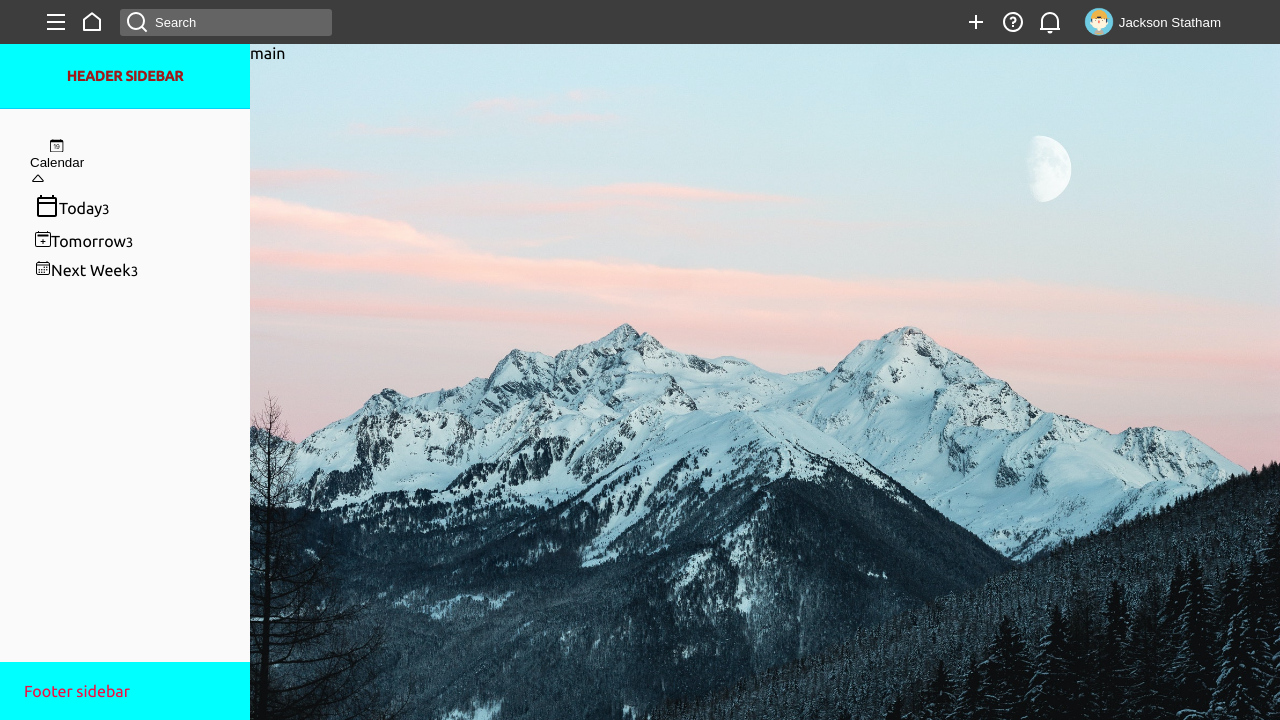
Repository: huuthe1999/to-do-list
Page: /
The author's editor kept a copy of each file at every save. The page is drawn from the files as they stood at one save, then again after the next save.
The browser window is 1280 px wide. The pictures show the whole page.
The project was rebuilt for these pictures with package versions that can differ from the ones it lists, and the page was loaded fresh each time. Also part of the build but not shown: src/components/form/addForm/addForm.scss, src/components/form/addForm/AddForm.js, src/components/modal/modal.scss, src/components/modal/Modal.js.

Above is the page before, as saved 2022-02-17 14:27:07.

### public/index.html
<!DOCTYPE html>
<html lang="en">
	<head>
		<meta charset="utf-8" />
		<link rel="icon" href="%PUBLIC_URL%/favicon.ico" />
		<meta name="viewport" content="width=device-width, initial-scale=1" />
		<meta name="theme-color" content="#000000" />
		<meta
			name="description"
			content="Web site created using create-react-app"
		/>
		<link rel="apple-touch-icon" href="%PUBLIC_URL%/logo192.png" />
		<!--
      manifest.json provides metadata used when your web app is installed on a
      user's mobile device or desktop. See https://developers.google.com/web/fundamentals/web-app-manifest/
    -->
		<link rel="manifest" href="%PUBLIC_URL%/manifest.json" />
		<!--
      Notice the use of %PUBLIC_URL% in the tags above.
      It will be replaced with the URL of the `public` folder during the build.
      Only files inside the `public` folder can be referenced from the HTML.

      Unlike "/favicon.ico" or "favicon.ico", "%PUBLIC_URL%/favicon.ico" will
      work correctly both with client-side routing and a non-root public URL.
      Learn how to configure a non-root public URL by running `npm run build`.
    -->
		<title>React Redux App</title>
	</head>
	<body>
		<noscript>You need to enable JavaScript to run this app.</noscript>
		<div id="modal"></div>
		<div id="root"></div>
		<!--
      This HTML file is a template.
      If you open it directly in the browser, you will see an empty page.

      You can add webfonts, meta tags, or analytics to this file.
      The build step will place the bundled scripts into the <body> tag.

      To begin the development, run `npm start` or `yarn start`.
      To create a production bundle, use `npm run build` or `yarn build`.
    --></body>
</html>

### src/index.js
import React from 'react';
import ReactDOM from 'react-dom';
import { Provider } from 'react-redux';
import App from './App';
import { store } from './app/store';

ReactDOM.render(
	<React.StrictMode>
		<Provider store={store}>
			<App />
		</Provider>
	</React.StrictMode>,
	document.getElementById('root'),
);

### src/App.js
import React from 'react';
// import { Counter } from './features/counter/Counter';
import './App.scss';
import Main from './components/main/Main';
import SideBar from './components/sideBar/SideBar';
import TopBar from './components/topBar/TopBar';
function App() {
	return (
		<div className='app'>
			<TopBar />
			<div className='container'>
				<SideBar />
				<Main />
			</div>
		</div>
	);
}

export default App;

### src/App.scss
@import url('https://fonts.googleapis.com/css2?family=Ubuntu:wght@300;400;500&display=swap');
*,
*::before,
*::after {
	margin: 0;
	padding: 0;
	box-sizing: border-box;
}

:root {
	--icon-color: #fff;
	--icon-size: 40px;

	--bg: rgb(53, 42, 42);
	--bg-input: hsla(0, 0%, 100%, 0.2);
	// Header
	--hd-text-color: #ffffff;
	--hd-icon-color-hover: #202020;
}

.app {
	font-family: 'Ubuntu', sans-serif;
	font-size: 16px;
	width: 100vw;
	height: 100vh;
	background-color: var(--bg);
	overflow: hidden;
}

.container {
	display: flex;
	height: calc(100% - 44px);
}

button {
	border: none;
	outline: none;
	cursor: pointer;
	background-color: transparent;
}

a {
	text-decoration: none;
}

ul {
	list-style-type: none;
}

### src/components/main/Main.js
import './main.scss';

const Main = () => {
	return <div className='main'>main</div>;
};

export default Main;

### src/components/sideBar/SideBar.js
import Calendar from '../calendar/Calendar';
import './sideBar.scss';

const SideBar = () => {
	return (
		<div className='sidebar'>
			<div className='sidebar__inner'>
				<div className='sidebar__layout'>
					<div className='sidebar__layout-header'>
						<p>Header sidebar</p>
					</div>
					<div className='sidebar__layout-content'>
						<Calendar />
					</div>
					<div className='sidebar__layout-footer'>Footer sidebar</div>
				</div>
			</div>
		</div>
	);
};

export default SideBar;

### src/components/topBar/TopBar.js
import { useState } from 'react';
import {
	RiAddLine,
	RiHomeLine,
	RiMenuLine,
	RiNotification2Line,
	RiQuestionLine,
	RiSearchLine,
} from 'react-icons/ri';
import Avatar from '../../assets/images/avatar.png';
import AddForm from '../form/addForm/AddForm';
import Modal from '../modal/Modal';
import './topbar.scss';
const TopBar = () => {
	const [modal, setShowModal] = useState(false);
	return (
		<header className='topbar'>
			<div className='topbar__inner'>
				<div className='topbar__inner-leftControl'>
					<button className='topbar__button leftControl'>
						<RiMenuLine className='topbar__button-icon' />
					</button>

					<button className='topbar__button leftControl'>
						<RiHomeLine className='topbar__button-icon' />
					</button>
					<div className='topbar__inner-leftControl-search'>
						<RiSearchLine className='topbar__button-icon topbar__button-icon-search' />
						<input type='text' placeholder='Search' />
					</div>
				</div>
				<div className='topbar__inner-rightControl'>
					<Modal showModal={modal} setShowModal={setShowModal}>
						<AddForm setShowModal={setShowModal} />
					</Modal>
					<button className='topbar__button rightControl'>
						<RiAddLine
							className='topbar__button-icon'
							onClick={() => setShowModal(true)}
						/>
					</button>
					<button className='topbar__button rightControl'>
						<RiQuestionLine className='topbar__button-icon' />
					</button>
					<button className='topbar__button rightControl'>
						<RiNotification2Line className='topbar__button-icon' />
					</button>
					<button className='topbar__button info'>
						<img src={Avatar} alt='avatar' />
						<p>Jackson Statham</p>
					</button>
				</div>
			</div>
		</header>
	);
};

export default TopBar;

### src/features/counter/counterSlice.js
import { createAsyncThunk, createSlice } from '@reduxjs/toolkit';
import { fetchCount } from './counterAPI';

const initialState = {
  value: 0,
  status: 'idle',
};

// The function below is called a thunk and allows us to perform async logic. It
// can be dispatched like a regular action: `dispatch(incrementAsync(10))`. This
// will call the thunk with the `dispatch` function as the first argument. Async
// code can then be executed and other actions can be dispatched. Thunks are
// typically used to make async requests.
export const incrementAsync = createAsyncThunk(
  'counter/fetchCount',
  async (amount) => {
    const response = await fetchCount(amount);
    // The value we return becomes the `fulfilled` action payload
    return response.data;
  }
);

export const counterSlice = createSlice({
  name: 'counter',
  initialState,
  // The `reducers` field lets us define reducers and generate associated actions
  reducers: {
    increment: (state) => {
      // Redux Toolkit allows us to write "mutating" logic in reducers. It
      // doesn't actually mutate the state because it uses the Immer library,
      // which detects changes to a "draft state" and produces a brand new
      // immutable state based off those changes
      state.value += 1;
    },
    decrement: (state) => {
      state.value -= 1;
    },
    // Use the PayloadAction type to declare the contents of `action.payload`
    incrementByAmount: (state, action) => {
      state.value += action.payload;
    },
  },
  // The `extraReducers` field lets the slice handle actions defined elsewhere,
  // including actions generated by createAsyncThunk or in other slices.
  extraReducers: (builder) => {
    builder
      .addCase(incrementAsync.pending, (state) => {
        state.status = 'loading';
      })
      .addCase(incrementAsync.fulfilled, (state, action) => {
        state.status = 'idle';
        state.value += action.payload;
      });
  },
});

export const { increment, decrement, incrementByAmount } = counterSlice.actions;

// The function below is called a selector and allows us to select a value from
// the state. Selectors can also be defined inline where they're used instead of
// in the slice file. For example: `useSelector((state: RootState) => state.counter.value)`
export const selectCount = (state) => state.counter.value;

// We can also write thunks by hand, which may contain both sync and async logic.
// Here's an example of conditionally dispatching actions based on current state.
export const incrementIfOdd = (amount) => (dispatch, getState) => {
  const currentValue = selectCount(getState());
  if (currentValue % 2 === 1) {
    dispatch(incrementByAmount(amount));
  }
};

export default counterSlice.reducer;

### src/components/main/main.scss
.main {
	width: 100%;
	height: 100%;
	background-image: url(../../assets/images/bg_main.jpg);
	background-repeat: no-repeat;
	background-size: cover;
	overflow-y: auto;
}

### src/components/calendar/Calendar.js
import React from 'react';
import { BsCalendar2Plus, BsCalendarDate, BsCaretUp } from 'react-icons/bs';
import { IoCalendarOutline } from 'react-icons/io5';
import { MdOutlineCalendarToday } from 'react-icons/md';
import CalendarItem from './calendarItem/CalendarItem';
const calendarList = [
	{ id: 1, name: 'Today', icon: <MdOutlineCalendarToday size='24px' /> },
	{ id: 2, name: 'Tomorrow', icon: <BsCalendar2Plus /> },
	{ id: 3, name: 'Next Week', icon: <IoCalendarOutline /> },
];
const Calendar = () => {
	return (
		<div className='calendar'>
			<div className='calendar__header'>
				<button className='calendar__header--title'>
					<BsCalendarDate />
					<p>Calendar</p>
				</button>
				<div className='calendar__header--expand'>
					<span>
						<BsCaretUp />
					</span>
				</div>
			</div>
			<div className='calendar__content'>
				<div className='calendar__content--wrapper'>
					<div className='calendar__content--wrapper--inner'>
						<ul className='calendar__content--list'>
							{calendarList.map(({ id, name, icon }) => (
								<CalendarItem
									key={id}
									name={name}
									icon={icon}
								/>
							))}
						</ul>
					</div>
				</div>
			</div>
		</div>
	);
};

export default Calendar;

### src/components/sideBar/sideBar.scss
.sidebar {
	position: relative;
	z-index: 109;
	height: 100%;
	background-color: aqua;
	min-width: 250px;
	width: 300px;
	transition: all 0.3s cubic-bezier(0.4, 0, 0.2, 1);

	&__inner {
		height: 100%;
		position: relative;
		z-index: 101;
	}

	&__layout {
		height: 100%;
		overflow-y: auto;
		overflow-x: hidden;
		display: flex;
		flex-direction: column;
		position: relative;
		z-index: 101;

		&-header {
			border-bottom: 1px solid rgba(8, 41, 228, 0.2);

			p {
				text-align: center;
				color: rgb(160, 25, 25);
				padding: 24px;
				font-weight: bold;
				font-size: 14px;
				text-transform: uppercase;
			}
		}

		&-content {
			flex-grow: 1;
			padding: 30px 10px 30px 30px;
			background-color: #fafafa;
		}

		&-footer {
			padding: 20px 24px;
			color: rgb(245, 12, 62);
		}
	}
}

### src/components/topBar/topbar.scss
.topbar {
	display: flex;
	justify-content: center;
	align-items: center;
	background-color: #3d3d3d;
	flex-shrink: 0;
	padding: 0px 42px;
	font-size: 13px;
	color: #202020;
	height: 44px;

	&__inner {
		display: flex;
		justify-content: space-between;
		background-color: transparent;
		width: 100%;
		height: 100%;

		&-leftControl {
			display: flex;
			align-items: center;
			justify-content: flex-start;

			&-search {
				display: flex;
				align-items: center;
				position: relative;
				margin-left: 6px;

				&:hover {
					input {
						background-color: var(--hd-text-color);
						&::placeholder {
							color: var(--hd-icon-color-hover);
						}
					}
					* {
						color: var(--hd-icon-color-hover);
					}
				}

				input {
					font-size: 13px;
					color: var(--hd-text-color);
					background-color: var(--bg-input);
					outline: 0;
					border-radius: 3px;
					border: 1px solid transparent;
					padding: 5px 0 5px 34px;
					transition: all 0.15s cubic-bezier(0.4, 0, 0.2, 0.1);
					transition-property: background-color;

					&::placeholder {
						color: var(--hd-text-color);
					}
				}
			}
		}

		&-rightControl {
			display: flex;
			align-items: center;
			height: 44px;
			padding: 0px 12px;

			img {
				width: 100%;
				height: 100%;
			}
		}
	}

	&__button {
		display: flex;
		justify-content: center;
		align-items: center;
		border-radius: 3px;

		&:hover {
			background-color: var(--bg-input);
		}

		&.leftControl {
			height: 28px;
			min-width: 28px;
			margin-right: 8px;
		}

		&.rightControl {
			height: 32px;
			min-width: 32px;
			margin-left: 5px;
		}

		&.info {
			height: 100%;
			color: var(--hd-text-color);
			margin-left: 8px;
			padding: 0px 5px;
			img {
				width: 40px;
				height: 40px;
			}
		}
		&-icon {
			font-size: 24px;
			color: var(--icon-color);

			&-search {
				position: absolute;
				left: 5px;
				top: 50%;
				transform: translateY(-50%);
				color: var(--icon-color);
			}
		}
	}
}

### src/components/calendar/calendarItem/CalendarItem.js
import './calendarItem.scss';
const CalendarItem = ({ name, icon }) => {
	return (
		<li className='calendar__content--item'>
			<span className='calendar__content--item-icon'>{icon}</span>
			<span className='calendar__content--item-content'>
				{name}
				<small>3</small>
			</span>
		</li>
	);
};

export default CalendarItem;

### src/components/calendar/calendarItem/calendarItem.scss
.calendar__content--item {
	border-radius: 5px;
	display: flex;
	align-items: center;
	padding: 5px 16px 5px 5px;
	cursor: pointer;
	background-color: transparent;

	&:hover {
		background: #ececec;
	}
}

### src/components/calendar/calendar.scss
.calendar {
	width: 100%;

	&__header {
		background-color: #0080ff;
		margin-left: -30px;
		margin-right: -10px;
	}
	&__content {
		height: auto;

		&--wrapper {
			display: flex;

			&--inner {
				width: 100%;
			}
		}
	}
}

Loaded but not shown: src/app/store.js (common file); src/features/counter/counterAPI.js (common file)

After the next save:
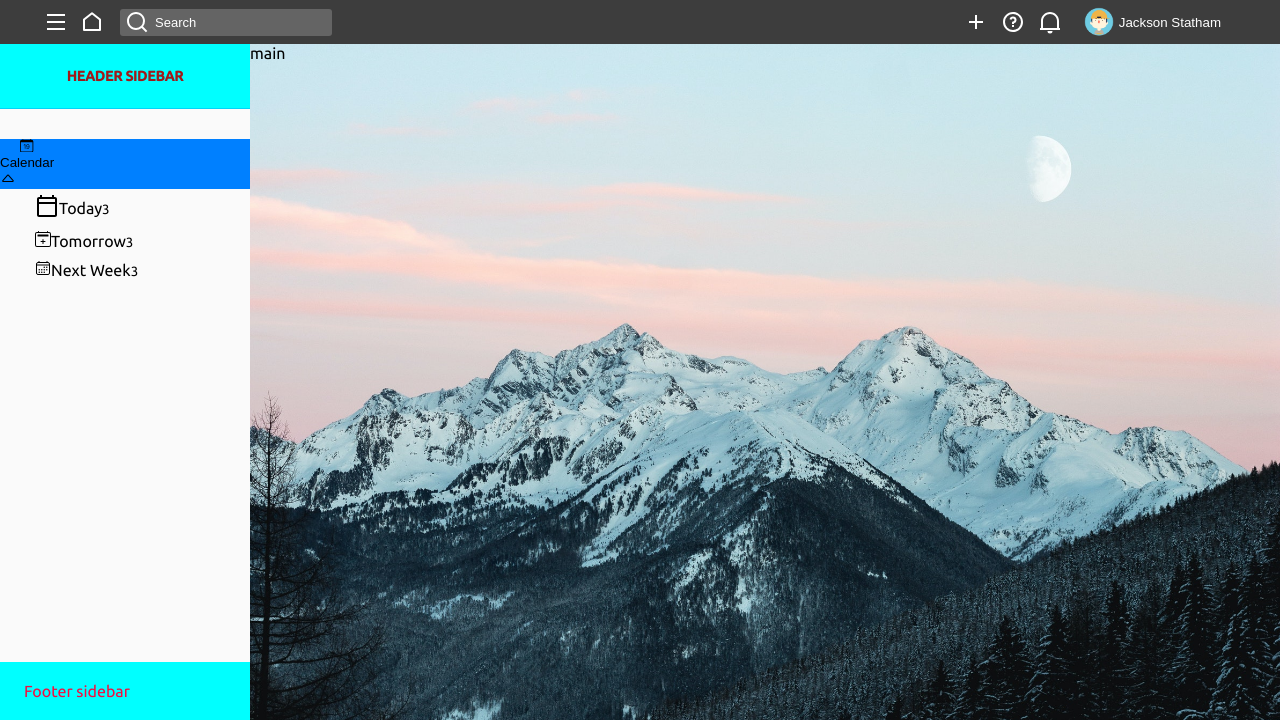
Saved 62 s later.
--- a/src/components/calendar/Calendar.js
+++ b/src/components/calendar/Calendar.js
@@ -2,6 +2,7 @@ import React from 'react';
 import { BsCalendar2Plus, BsCalendarDate, BsCaretUp } from 'react-icons/bs';
 import { IoCalendarOutline } from 'react-icons/io5';
 import { MdOutlineCalendarToday } from 'react-icons/md';
+import './calendar.scss';
 import CalendarItem from './calendarItem/CalendarItem';
 const calendarList = [
 	{ id: 1, name: 'Today', icon: <MdOutlineCalendarToday size='24px' /> },
